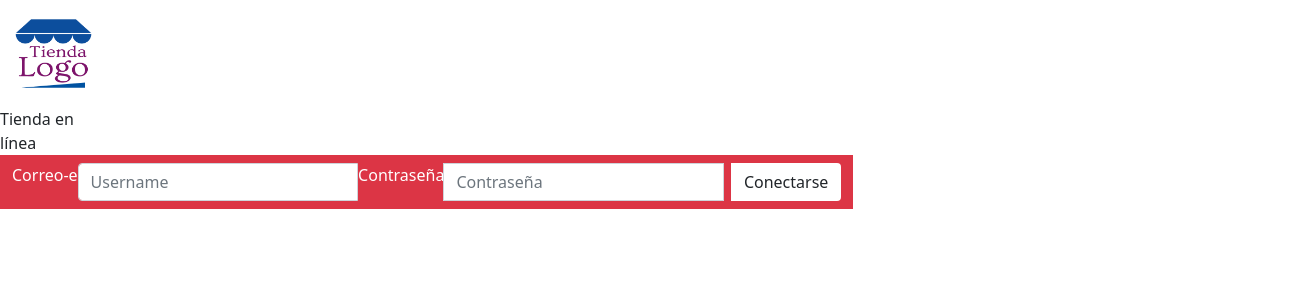
Repository: nicorp00/bootstrapSass
Page: Main/index.html
The author's editor kept a copy of each file at every save. The page is drawn from the files as they stood at one save, then again after the next save.
The browser window is 1280 px wide. The page is 1280 px wide, then 1292 px, so the pictures cover 1292 px, including what lies to the right of the window. The pictures show the whole page.
The style sheet was rebuilt from its Sass, Less or Tailwind sources for each picture, by a compiler version that may differ from the author's.

Above is the page before, as saved 2022-03-25 11:04:08.

After the next save:
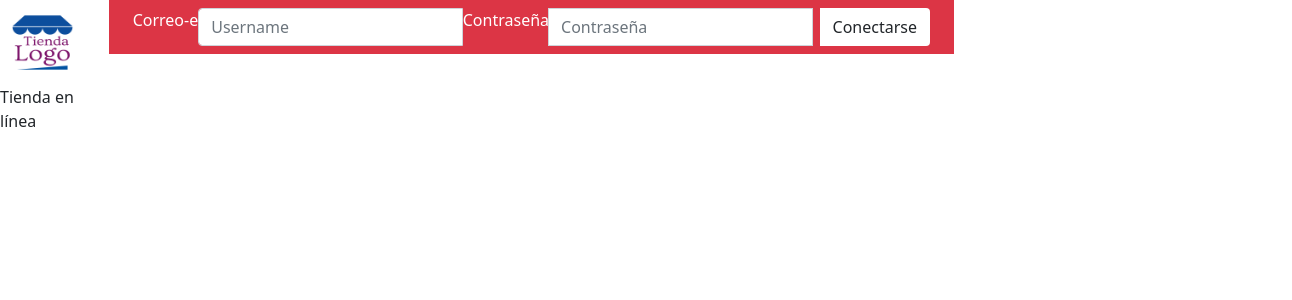
Saved 16 s later.
--- a/Main/index.html
+++ b/Main/index.html
@@ -9,7 +9,7 @@
     <link rel="stylesheet" href="css/bootstrap.min.css">
 </head>
 <body>
-    <section class="section__top col-12">
+    <section class="section__top row">
         <div class="col-1">
             <img src="img/logo.png" class="img-fluid" alt="...">
             <span>Tienda en línea</span>
